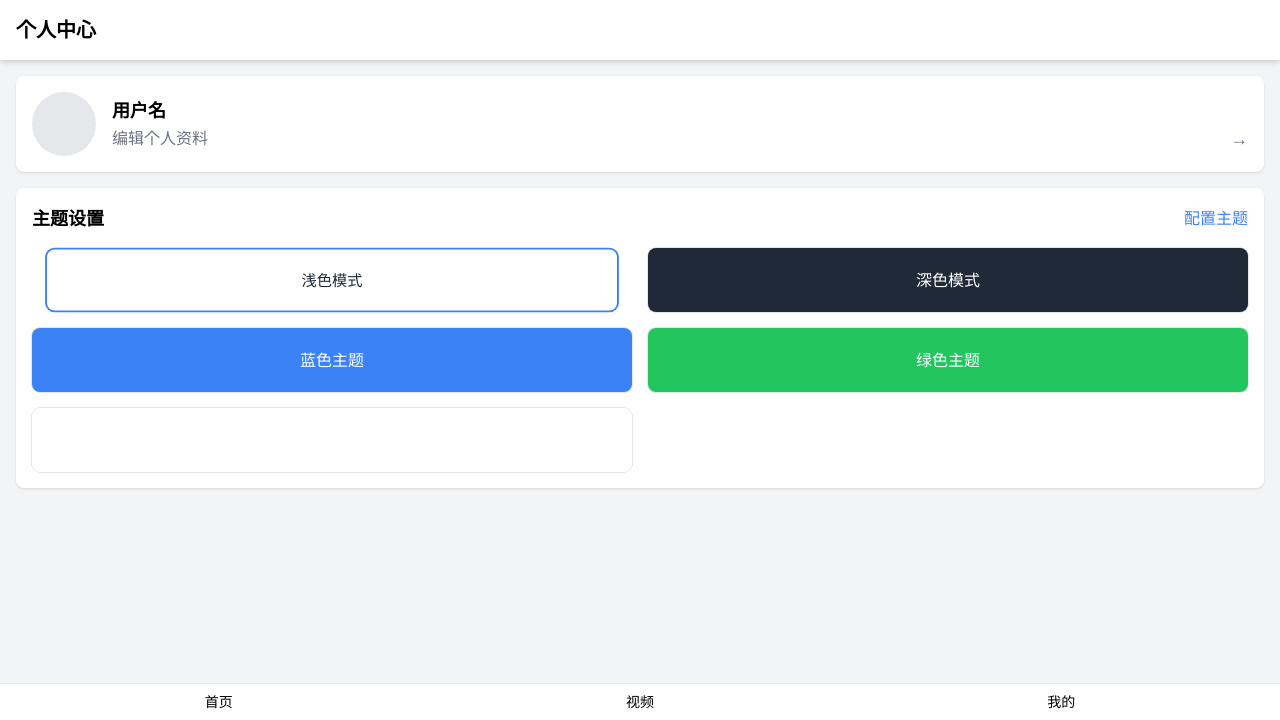
Repository: Look625/simpleNewsForAIRace
Page: /profile
The author's editor kept a copy of each file at every save. The page is drawn from the files as they stood at one save, then again after the next save.
The browser window is 1280 px wide. The pictures show the whole page.
The project was rebuilt for these pictures with package versions that can differ from the ones it lists, and the page was loaded fresh each time. Also part of the build but not shown: vite.config.ts.

Above is the page before, as saved 2025-02-24 15:20:39.

After the next save:
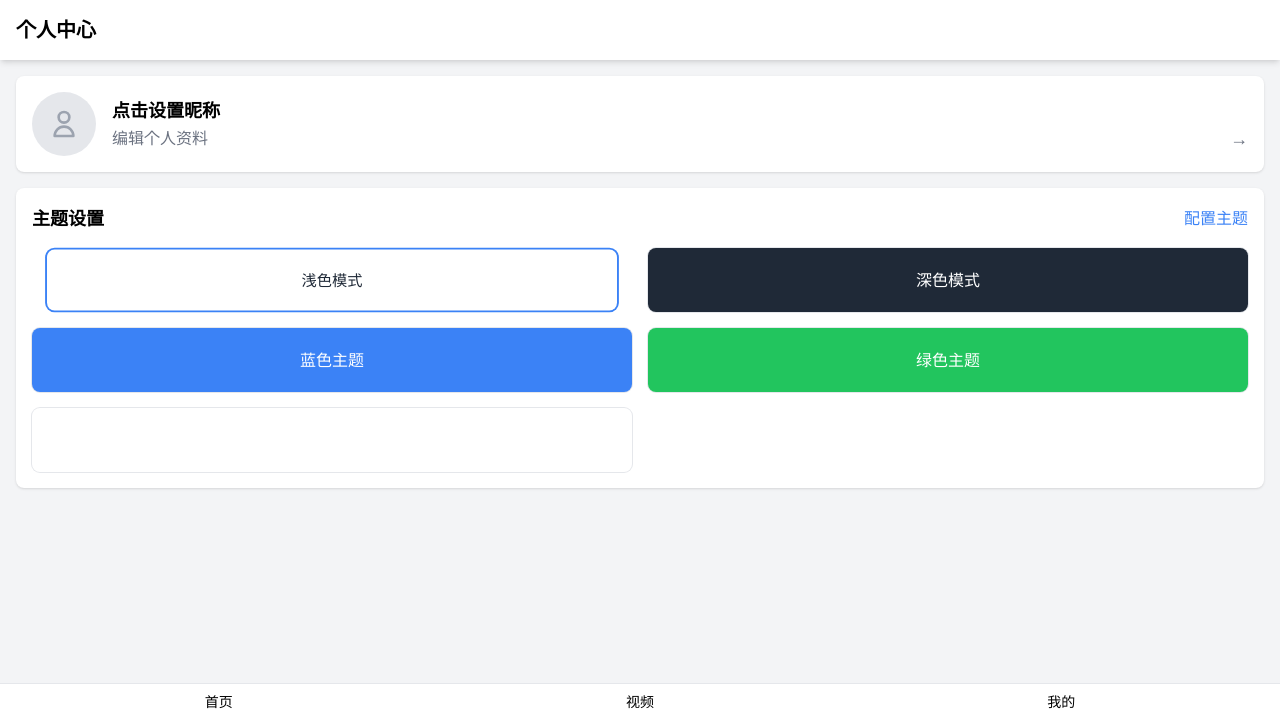
Saved 4 s later.
--- a/src/views/Profile.vue
+++ b/src/views/Profile.vue
@@ -7,10 +7,22 @@
       <div class="user-info bg-white p-4 rounded-lg shadow cursor-pointer" @click="router.push('/profile/edit')">
         <div class="flex items-center">
           <div class="w-16 h-16 bg-gray-200 rounded-full overflow-hidden">
-            <img v-if="userInfo.avatar" :src="userInfo.avatar" alt="avatar" class="w-full h-full object-cover">
+            <img
+              v-if="userStore.userInfo.avatar"
+              :src="userStore.userInfo.avatar"
+              alt="avatar"
+              class="w-full h-full object-cover"
+            >
+            <div v-else class="w-full h-full flex items-center justify-center text-gray-400">
+              <svg class="w-8 h-8" fill="none" stroke="currentColor" viewBox="0 0 24 24">
+                <path stroke-linecap="round" stroke-linejoin="round" stroke-width="2"
+                  d="M16 7a4 4 0 11-8 0 4 4 0 018 0zM12 14a7 7 0 00-7 7h14a7 7 0 00-7-7z"
+                />
+              </svg>
+            </div>
           </div>
           <div class="ml-4 flex-1">
-            <h2 class="text-lg font-semibold">{{ userInfo.nickname || '用户名' }}</h2>
+            <h2 class="text-lg font-semibold">{{ userStore.userInfo.nickname || '点击设置昵称' }}</h2>
             <p class="text-gray-500 flex items-center justify-between">
               <span>编辑个人资料</span>
               <span class="text-lg">→</span>
@@ -77,11 +89,14 @@ import { useThemeStore, type ThemeType, type ThemeColors } from '@/stores/theme'
 import { storeToRefs } from 'pinia'
 import { reactive } from 'vue'
 import { useRouter } from 'vue-router'
+import { useUserStore } from '@/stores/user'
 
 const themeStore = useThemeStore()
 const { currentTheme } = storeToRefs(themeStore)
 
 const router = useRouter()
+
+const userStore = useUserStore()
 
 const themes = [
   { label: '浅色模式', value: 'light', bgClass: 'bg-white text-gray-800' },
@@ -110,10 +125,4 @@ const changeTheme = (theme: ThemeType) => {
 const updateCustomColors = () => {
   themeStore.setCustomColors(customColors)
 }
-
-// 用户信息
-const userInfo = reactive({
-  avatar: '',
-  nickname: ''
-})
 </script>
